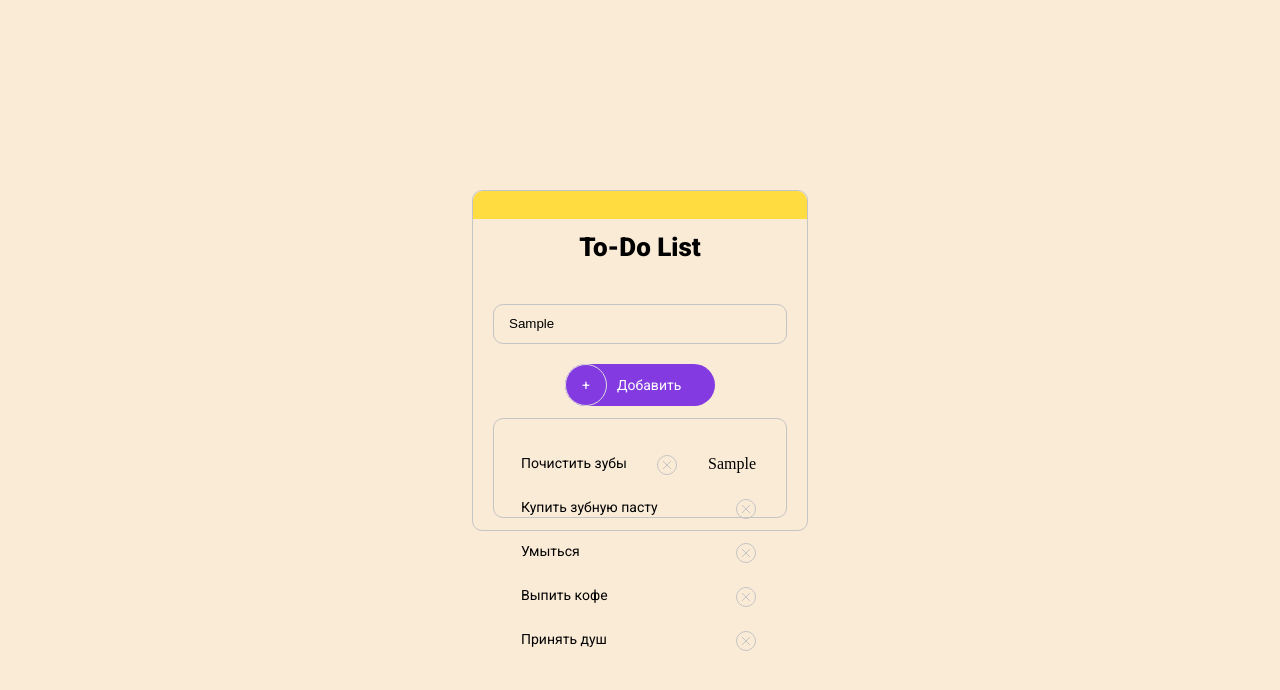
Repository: NatiqSamiyev/To-do-List-js
Page: insex.html
These files come from the project's save history. The page is drawn as it stood at one moment and after a run of saves; the edit follows.
The browser window is 1280 px wide. The pictures show the whole page.
Empty fields were first filled with sample values (such as "Sample", 5 or name@example.com).
After loading, the first visible `form` was submitted once.
Some web fonts or font styles are not loaded; a fallback is used.

Above is the page before, as saved 2023-10-31 12:07:30.

### insex.html
<!DOCTYPE html>
<html lang="en">
  <head>
    <meta charset="UTF-8" />
    <meta name="viewport" content="width=device-width, initial-scale=1.0" />
    <title>Document</title>
    <link rel="stylesheet" href="index.css" />
  </head>
  <body>
    <div class="list-container">
      <div class="card">
        <div class="color">
          <div class="yellow-box"></div>
          <h1>To-do list</h1>
        </div>
        <main>
          <form action="">
            <label for="">
              <input type="text" class="text-input" required />
            </label>
            <button class="submit-btn">
              <div class="circle">+</div>
              <p>Добавить</p>
            </button>
          </form>
          <ul>

          </ul>
        </main>
      </div>
    </div>
  </body>
  <script src="./index.js"></script>
</html>

### index.css
@import url("https://fonts.googleapis.com/css2?family=Epilogue:wght@400;600;700;800&family=Inter:wght@400;500;600;700&family=Laila:wght@700&family=Open+Sans:wght@400;600;700;800&family=Roboto+Slab:wght@700&family=Roboto:wght@400;700;900&display=swap");

* {
  margin: 0;
  padding: 0;
  box-sizing: border-box;
}

.list-container {
  width: 100%;
  min-height: 100vh;
  display: flex;;
  justify-content: center;
  align-items: center;
  background-color: antiquewhite;
}

.card {
  width: 336px;
  /* height: 236px; */

  border-radius: 10px;
  border: 1px solid #c4c4c4;
  background: rgba(196, 196, 196, 0);
}
main{
  padding: 0 20px;
}
.yellow-box{
  height: 28px;
width: 100%;
background-color: #FFDC40;
border-top-right-radius: 10px;
border-top-left-radius: 10px;
}
form .color img {
  width: 100%;
  height: 28px;
}

.color h1 {
  margin-top: 13px;
  color: #000;
  text-align: center;
  font-family: Roboto;
  font-size: 26px;
  font-style: normal;
  font-weight: 900;
  line-height: normal;
  text-transform: capitalize;
}

input {
  margin-top: 42px;
  padding: 10px 15px;
  width: 100%;
  height: 40px;
  border-radius: 10px;
  border: 1px solid #c4c4c4;
  background: rgba(196, 196, 196, 0);
  cursor: pointer;
}


ul {
  margin-bottom: 12px;
  margin-top: 12px;
  padding: 12px 30px 12px 27px;
  width: 100%;
  height: 100px;
  border-radius: 10px;
border: 1px solid #C4C4C4;
background: rgba(196, 196, 196, 0.00);
}

ul li {
  margin-top: 24px;
  list-style-type: none;
  display: flex;
  justify-content: space-between;
}

ul li h3 {
  color: #000;
  font-family: Roboto;
  font-size: 14px;
  font-style: normal;
  font-weight: 400;
  line-height: normal;
}

ul li img {
  width: 20px;
  height: 20px;
}
button{
  border: none;
  background: none;
}
.submit-btn {
  width: 150px;
  height: 42px;
  margin: auto;
  margin-top: 20px;
  display: flex;
  align-items: center;
  background-color: #833ae0;
  border-radius: 25px;
  border: none;

  color: #fff;
  text-align: center;
  font-family: Roboto;
  font-size: 14px;
  font-style: normal;
  font-weight: 400;
  line-height: normal;
}
button .circle {
  margin-right: 10px;
  border-radius: 50%;
  width: 42px;
  height: 42px;
  border: 0.5px solid gainsboro;
  display: flex;
  justify-content: center;
  align-items: center;
}

### index.js
let form=document.querySelector('form')
let btn=document.querySelector('button')
let ul=document.querySelector('ul')
let input=document.querySelector('.text-input')


form.addEventListener('submit', sumbitForm)
function sumbitForm(e) {
    e.preventDefault()
    console.log('kjh');
    ul.innerHTML +=`
    <li>
     <h3>Почистить зубы</h3>
     <img src="./image/Group 56.svg" alt="">
     <p>${input.value}</p>
    </li>

    <li>
     <h3>Купить зубную пасту</h3>
     <img src="./image/Group 56.svg" alt="">
    </li>

    <li>
     <h3>Умыться</h3>
     <img src="./image/Group 56.svg" alt="">
    </li>

    <li>
     <h3>Выпить кофе</h3>
     <img src="./image/Group 56.svg" alt="">
    </li>

    <li>
     <h3>Принять душ</h3>
     <img src="./image/Group 56.svg" alt="">
    </li>
`;
// form.reset();

}

After the next 2 saves:
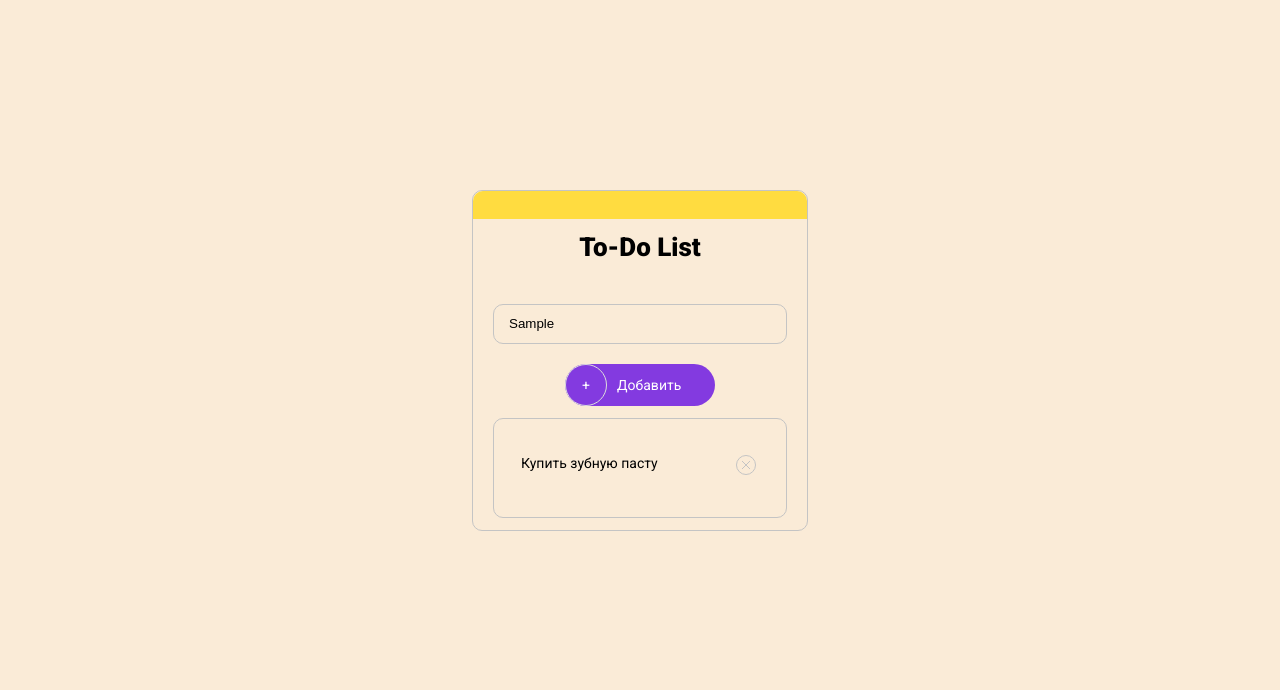
The 2 saves are shown as one change because they came seconds apart.
The last was saved 11 s later.
--- a/index.js
+++ b/index.js
@@ -10,30 +10,11 @@ function sumbitForm(e) {
     console.log('kjh');
     ul.innerHTML +=`
     <li>
-     <h3>Почистить зубы</h3>
-     <img src="./image/Group 56.svg" alt="">
-     <p>${input.value}</p>
-    </li>
-
-    <li>
-     <h3>Купить зубную пасту</h3>
-     <img src="./image/Group 56.svg" alt="">
-    </li>
-
-    <li>
-     <h3>Умыться</h3>
-     <img src="./image/Group 56.svg" alt="">
-    </li>
-
-    <li>
-     <h3>Выпить кофе</h3>
-     <img src="./image/Group 56.svg" alt="">
-    </li>
-
-    <li>
-     <h3>Принять душ</h3>
-     <img src="./image/Group 56.svg" alt="">
-    </li>
+    <h3>Купить зубную пасту</h3>
+    <button>
+      <img src="./image/Group 56.svg" alt="" />
+    </button>
+  </li>
 `;
 // form.reset();
 
